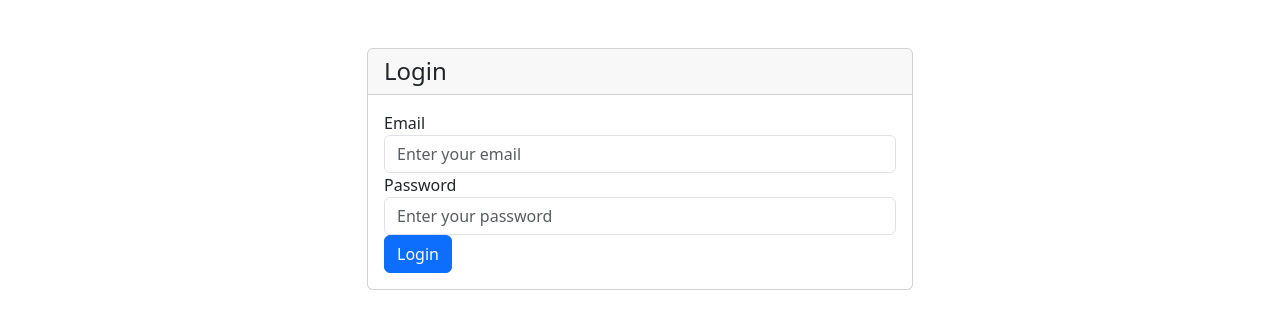
Repository: Anwithgowda/bank-app
Page: http://localhost/movie-book-app/home.jsp
An editor plug-in stored every save of this project. The page is shown before and after the next save, followed by the edit.
The browser window is 1280 px wide. The pictures show the whole page.
Some web libraries are served in a nearby version. The page is served by Tomcat 10. Other server files are loaded and not shown.

Above is the page before, as saved 2024-02-26 10:44:57.

### movieapp/movie-book-app/src/main/webapp/home.jsp
<%@ page language="java" contentType="text/html; charset=ISO-8859-1"
    pageEncoding="ISO-8859-1"%>
<!DOCTYPE html>
<html>
<head>
<meta charset="ISO-8859-1">
<title>Login page</title>
<link href="https://cdn.jsdelivr.net/npm/bootstrap@5.3.3/dist/css/bootstrap.min.css" rel="stylesheet" integrity="sha384-QWTKZyjpPEjISv5WaRU9OFeRpok6YctnYmDr5pNlyT2bRjXh0JMhjY6hW+ALEwIH" crossorigin="anonymous">
<script src="https://cdn.jsdelivr.net/npm/bootstrap@5.3.3/dist/js/bootstrap.bundle.min.js" integrity="sha384-YvpcrYf0tY3lHB60NNkmXc5s9fDVZLESaAA55NDzOxhy9GkcIdslK1eN7N6jIeHz" crossorigin="anonymous"></script>

</head>
<body>
    <form action="signin">
     <div class="container mt-5">
        <div class="row justify-content-center">
            <div class="col-md-6">
                <div class="card">
                    <div class="card-header">
                        <h4 class="mb-0">Login</h4>
                    </div>
                    <div class="card-body">
                        <form action="signin" method="post">
                            <div class="form-group">
                                <label for="staticEmail">Email</label>
                                <input type="text" class="form-control" id="staticEmail" name="userid" placeholder="Enter your email">
                            </div>
                            <div class="form-group">
                                <label for="inputPassword">Password</label>
                                <input type="password" class="form-control" id="inputPassword" name="password" placeholder="Enter your password">
                            </div>
                            <button type="submit" class="btn btn-primary">Login</button>
                        </form>
                    </div>
                </div>
            </div>
        </div>
    </div>

</form>
    <!-- Bootstrap JS and Popper.js -->
    <script src="https://code.jquery.com/jquery-3.5.1.slim.min.js"></script>
    <script src="https://cdn.jsdelivr.net/npm/@popperjs/core@2.10.2/dist/umd/popper.min.js"></script>
    <script src="https://maxcdn.bootstrapcdn.com/bootstrap/4.5.2/js/bootstrap.min.js"></script>
</body>
</html>

After the next save:
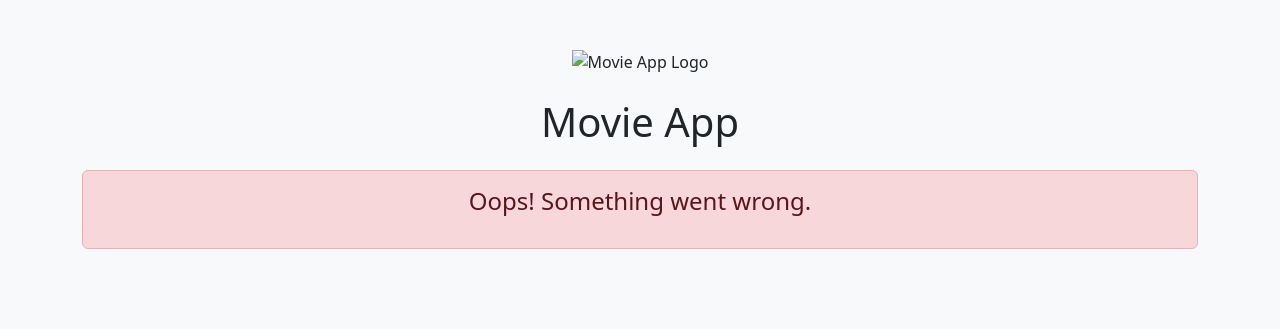
Not found: movieapp/movie-book-app/movie-book-app/path/to/your/logo.png
Saved 3 min 9 s later.
--- a/movieapp/movie-book-app/src/main/webapp/home.jsp
+++ b/movieapp/movie-book-app/src/main/webapp/home.jsp
@@ -1,45 +1,25 @@
-<%@ page language="java" contentType="text/html; charset=ISO-8859-1"
-    pageEncoding="ISO-8859-1"%>
+<%@ page language="java" contentType="text/html; charset=UTF-8"%>
 <!DOCTYPE html>
-<html>
+<html lang="en">
 <head>
-<meta charset="ISO-8859-1">
-<title>Login page</title>
-<link href="https://cdn.jsdelivr.net/npm/bootstrap@5.3.3/dist/css/bootstrap.min.css" rel="stylesheet" integrity="sha384-QWTKZyjpPEjISv5WaRU9OFeRpok6YctnYmDr5pNlyT2bRjXh0JMhjY6hW+ALEwIH" crossorigin="anonymous">
-<script src="https://cdn.jsdelivr.net/npm/bootstrap@5.3.3/dist/js/bootstrap.bundle.min.js" integrity="sha384-YvpcrYf0tY3lHB60NNkmXc5s9fDVZLESaAA55NDzOxhy9GkcIdslK1eN7N6jIeHz" crossorigin="anonymous"></script>
+    <meta charset="UTF-8">
+    <meta name="viewport" content="width=device-width, initial-scale=1, shrink-to-fit=no">
+    <link rel="stylesheet" href="https://cdn.jsdelivr.net/npm/bootstrap@5.3.3/dist/css/bootstrap.min.css" integrity="sha384-QWTKZyjpPEjISv5WaRU9OFeRpok6YctnYmDr5pNlyT2bRjXh0JMhjY6hW+ALEwIH" crossorigin="anonymous">
+    <title>Error Page</title>
+</head>
+<body class="bg-light">
 
-</head>
-<body>
-    <form action="signin">
-     <div class="container mt-5">
-        <div class="row justify-content-center">
-            <div class="col-md-6">
-                <div class="card">
-                    <div class="card-header">
-                        <h4 class="mb-0">Login</h4>
-                    </div>
-                    <div class="card-body">
-                        <form action="signin" method="post">
-                            <div class="form-group">
-                                <label for="staticEmail">Email</label>
-                                <input type="text" class="form-control" id="staticEmail" name="userid" placeholder="Enter your email">
-                            </div>
-                            <div class="form-group">
-                                <label for="inputPassword">Password</label>
-                                <input type="password" class="form-control" id="inputPassword" name="password" placeholder="Enter your password">
-                            </div>
-                            <button type="submit" class="btn btn-primary">Login</button>
-                        </form>
-                    </div>
-                </div>
-            </div>
+<div class="container mt-5">
+    <div class="text-center">
+        <img src="path/to/your/logo.png" alt="Movie App Logo" width="150" height="150">
+        <h1 class="mt-4">Movie App</h1>
+        <div class="alert alert-danger mt-4" role="alert">
+            <h4 class="alert-heading">Oops! Something went wrong.</h4>
+            <p>${customErrorMessage}</p>
         </div>
     </div>
+</div>
 
-</form>
-    <!-- Bootstrap JS and Popper.js -->
-    <script src="https://code.jquery.com/jquery-3.5.1.slim.min.js"></script>
-    <script src="https://cdn.jsdelivr.net/npm/@popperjs/core@2.10.2/dist/umd/popper.min.js"></script>
-    <script src="https://maxcdn.bootstrapcdn.com/bootstrap/4.5.2/js/bootstrap.min.js"></script>
+<script src="https://cdn.jsdelivr.net/npm/bootstrap@5.3.3/dist/js/bootstrap.bundle.min.js" integrity="sha384-YvpcrYf0tY3lHB60NNkmXc5s9fDVZLESaAA55NDzOxhy9GkcIdslK1eN7N6jIeHz" crossorigin="anonymous"></script>
 </body>
 </html>
